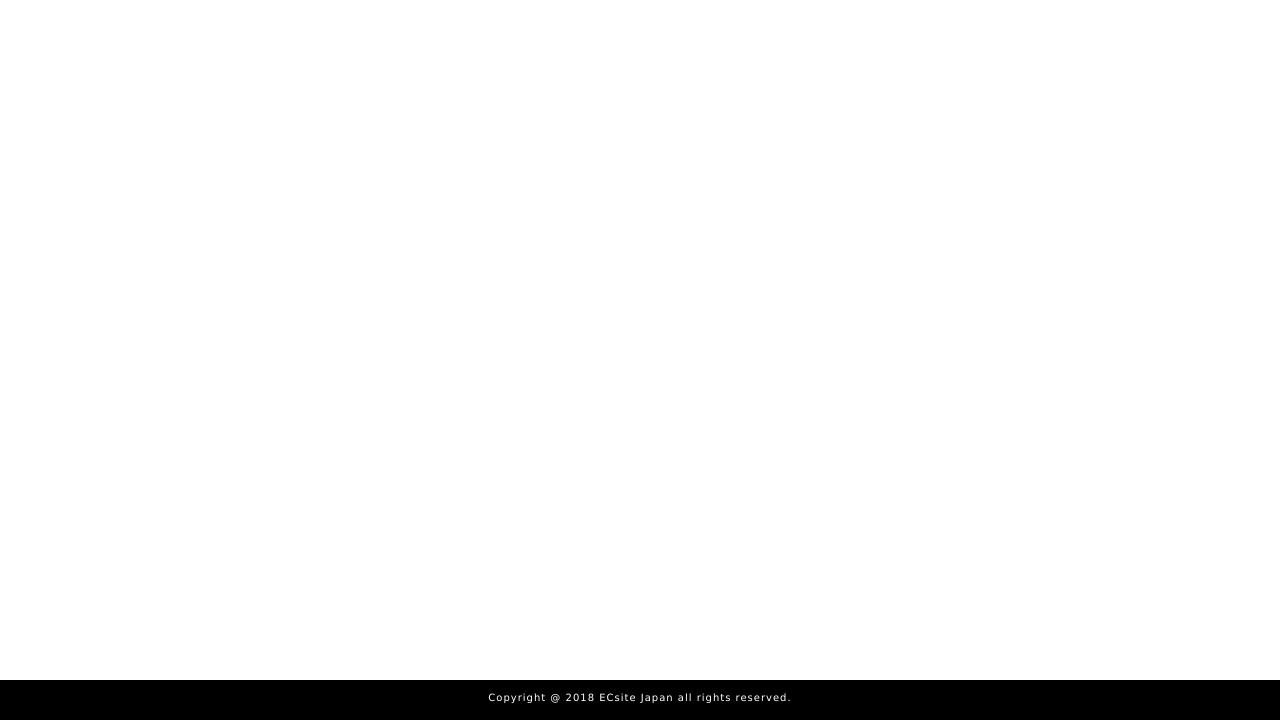
Repository: Kazuho-Komagamine/ecsite
Page: http://localhost/ecsite/footer.jsp
These files come from the project's save history. The page is drawn as it stood at one moment and after the next save; the edit follows.
The browser window is 1280 px wide. The pictures show the whole page.
The page is served by Tomcat 9. Nobody is signed in. The application's start-up code is not run.

Above is the page before, as saved 2018-07-24 04:11:55.

After the next save:
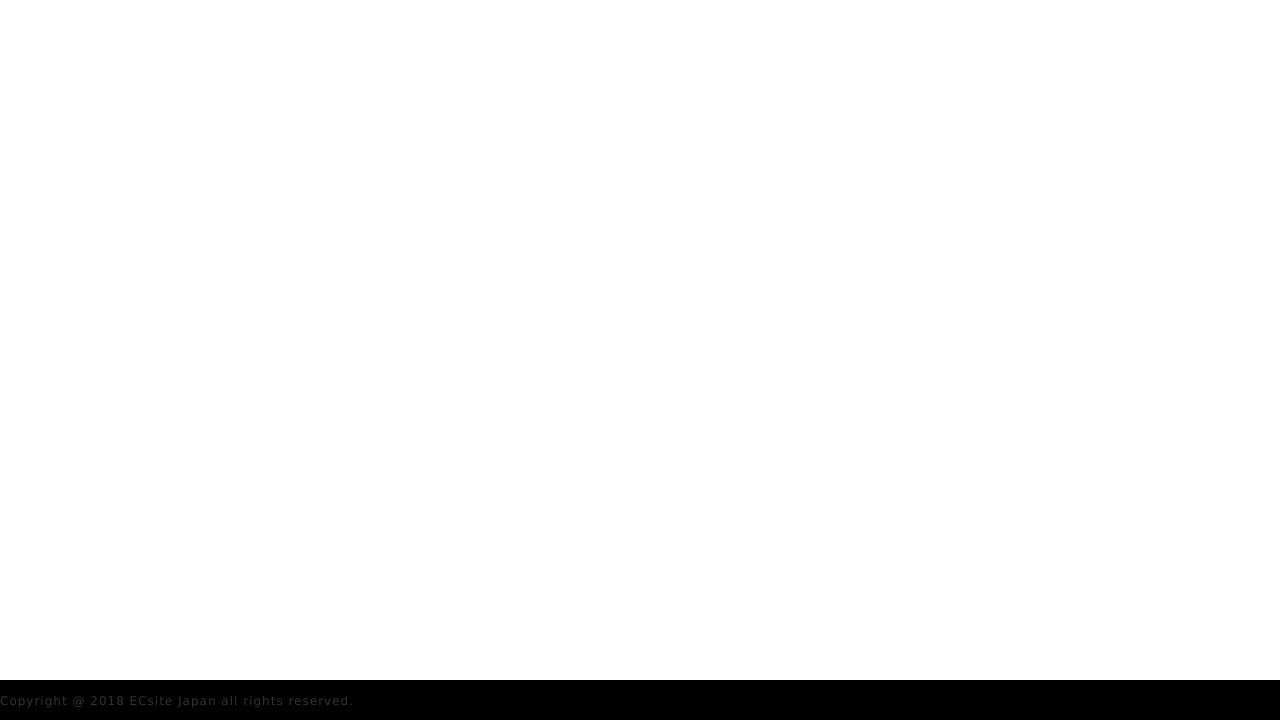
Saved 60 s later.
--- a/ecsite/WebContent/footer.jsp
+++ b/ecsite/WebContent/footer.jsp
@@ -9,9 +9,7 @@
 </head>
 <body>
     <div id="footer">
-        <div id="pr">
             <p>Copyright @ 2018 ECsite Japan all rights reserved.</p>
-        </div>
     </div>
 </body>
 </html>
